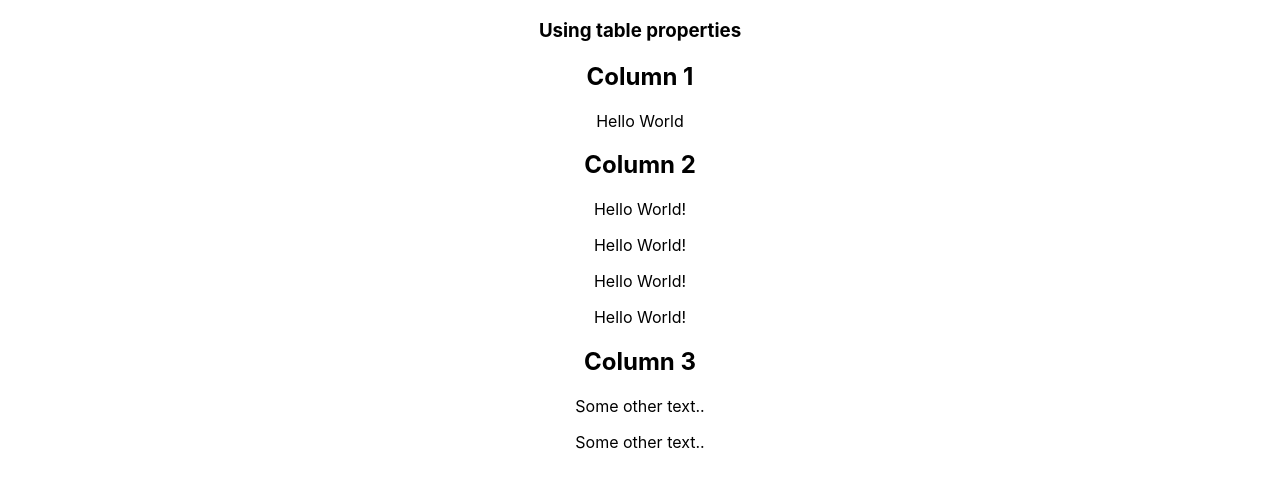
Repository: fdhhhdjd/Redux-Toolkit-CURD-Firebase
Page: /view/1
An editor plug-in stored every save of this project. The page is shown before and after the next save, followed by the edit.
The browser window is 1280 px wide. The pictures show the whole page.
The project was rebuilt for these pictures with package versions that can differ from the ones it lists, and the page was loaded fresh each time. Also part of the build but not shown: src/Styles/Home.css, src/Component/Home.js, src/Styles/AddEdit.css, src/Component/AddEdit.js.

Above is the page before, as saved 2021-10-24 21:48:22.

### src/index.js
import React from "react";
import ReactDOM from "react-dom";
import "./index.css";
import App from "./App";
import store from "./Redux/Store";
import { Provider } from "react-redux";
import * as serviceWorker from "./serviceWorker";

ReactDOM.render(
  <React.StrictMode>
    <Provider store={store}>
      <App />
    </Provider>
  </React.StrictMode>,
  document.getElementById("root")
);

// If you want your app to work offline and load faster, you can change
// unregister() to register() below. Note this comes with some pitfalls.
// Learn more about service workers: https://bit.ly/CRA-PWA
serviceWorker.unregister();

### src/App.js
import React from "react";
import "./App.css";
import { BrowserRouter, Switch, Route } from "react-router-dom";
import { ToastContainer } from "react-toastify";
import "react-toastify/dist/ReactToastify.css";
import { Home, View, AddEdit } from "./import/Index";
function App() {
  return (
    <>
      <BrowserRouter>
        <div className="App">
          <ToastContainer position="top-center" />
          <Switch>
            <Route exact path="/" component={Home} />
            <Route path="/add" component={AddEdit} />
            <Route path="/update/:id" component={AddEdit} />
            <Route path="/view/:id" component={View} />
          </Switch>
        </div>
      </BrowserRouter>
    </>
  );
}

export default App;

### src/Redux/Store.js
import { configureStore, createStore } from "@reduxjs/toolkit";
import logger from "redux-logger";
import thunk from "redux-thunk";
import { composeWithDevTools } from "redux-devtools-extension";
import ContactReducer from "./ContactSlice";
const middleware = [thunk];
if (process.env.NODE_ENV === "development") {
  middleware.push(logger);
}
const store = configureStore({
  reducer: {
    todos: ContactReducer,
    middleware: [logger],
  },
});

export default store;

### src/import/Index.js
export { default as Home } from "../Component/Home";
export { default as AddEdit } from "../Component/AddEdit";
export { default as View } from "../Component/View";

### src/Redux/ContactSlice.js
import { createSlice, createAsyncThunk } from "@reduxjs/toolkit";
import { v4 as uuidv4 } from "uuid";
import { nanoid } from "nanoid";
const initialState = {
  contacts: [
    {
      id: 1,
      name: "Nguyễn Tiến Tài",
      email: "nguyentientai10@gmai.com",
      phone: "0798805741",
      status: "Active",
    },
    {
      id: 2,
      name: "Nguyễn Hữu Quyền",
      email: "huuquyen2000@gmail.com",
      phone: "09658235656",
      status: "Inactive",
    },
    {
      id: 3,
      name: "Nguyễn Bảo Khang",
      email: "jbaokhangdesigner@gmail.com",
      phone: "0353263452",
      status: "Active",
    },
    {
      id: 4,
      name: "Bùi Huỳnh Quốc Trung	",
      email: "quoctrung@gmail.com",
      phone: "0348561815",
      status: "Inactive",
    },
    {
      id: 5,
      name: "Trần Phi Hoàng",
      email: "phihoang1@gmail.com",
      phone: "0936095986",
      status: "Active",
    },
  ],
  contact: {
    name: "",
    email: "",
    phone: "",
    status: "",
  },
};
const TodoSlice = createSlice({
  name: "todos",
  initialState,
  reducers: {
    getContact: (state, action) => {
      state.contact = state.contacts.find((item) => item.id == action.payload);
    },
    addContact: (state, action) => {
      const newData = { ...action.payload, id: uuidv4() };
      state.contacts = [...state.contacts, newData];
    },
    deleteContact: (state, action) => {
      state.contacts = state.contacts.filter(
        (item) => item.id !== action.payload
      );
    },
    updateContact: (state, action) => {
      state.contacts = state.contacts.map((item) =>
        item.id === action.payload.id ? action.payload : item
      );
    },
  },
});
const ContactReducer = TodoSlice.reducer;
export const { addContact, deleteContact, getContact, updateContact } =
  TodoSlice.actions;
export const GetTodo = (state) => state.todos;
export default ContactReducer;

### src/Component/View.js
import React, { useEffect, useState } from "react";
import { useParams } from "react-router";
import "../Styles/View.css";
import { Link } from "react-router-dom";
import { getContact, GetTodo } from "../Redux/ContactSlice";
import { useDispatch, useSelector } from "react-redux";

const View = () => {
  const [user, setUser] = useState({});
  const { contact } = useSelector(GetTodo);
  const { id } = useParams();
  const dispatch = useDispatch();
  useEffect(() => {
    dispatch(getContact(id));
    setUser({ ...contact });
  }, [id, contact]);

  return (
    <>
      <h3> Using table properties</h3>
      <div class="col-wrap">
        <div class="col">
          <h2>Column 1</h2>
          <p>Hello World</p>
        </div>

        <div class="col">
          <h2>Column 2</h2>
          <p>Hello World!</p>
          <p>Hello World!</p>
          <p>Hello World!</p>
          <p>Hello World!</p>
        </div>

        <div class="col">
          <h2>Column 3</h2>
          <p>Some other text..</p>
          <p>Some other text..</p>
        </div>
      </div>
    </>
  );
};

export default View;

### src/Styles/View.css
.inline {
  display: inline-block;
  margin: 1em;
}
.wrap {
  display: table;
  height:  100px;
  width:   160px;
  padding: 10px;
  border:  thin solid darkgray;
}
.wrap p {
  display:table-cell;
  vertical-align: middle;
}

Loaded but not shown: public/index.html (common file); src/index.css (common file); src/serviceWorker.js (common file); src/App.css (common file)

After the next save:
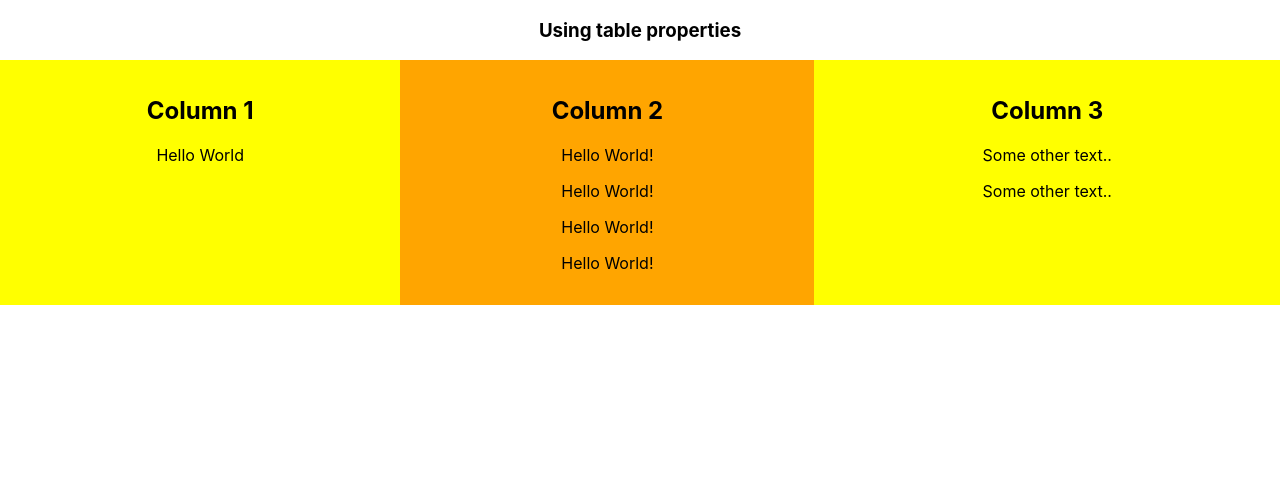
Saved 8 s later.
--- a/src/Styles/View.css
+++ b/src/Styles/View.css
@@ -1,15 +1,15 @@
-.inline {
-  display: inline-block;
-  margin: 1em;
+.col-wrap {
+  display: table;
+  width: 100%;
 }
-.wrap {
-  display: table;
-  height:  100px;
-  width:   160px;
-  padding: 10px;
-  border:  thin solid darkgray;
+
+.col {
+  display: table-cell;
+  padding: 1rem
 }
-.wrap p {
-  display:table-cell;
-  vertical-align: middle;
+.col:nth-child(even){
+  background-color:orange;
 }
+.col:nth-child(odd){
+  background-color:yellow;
+}
